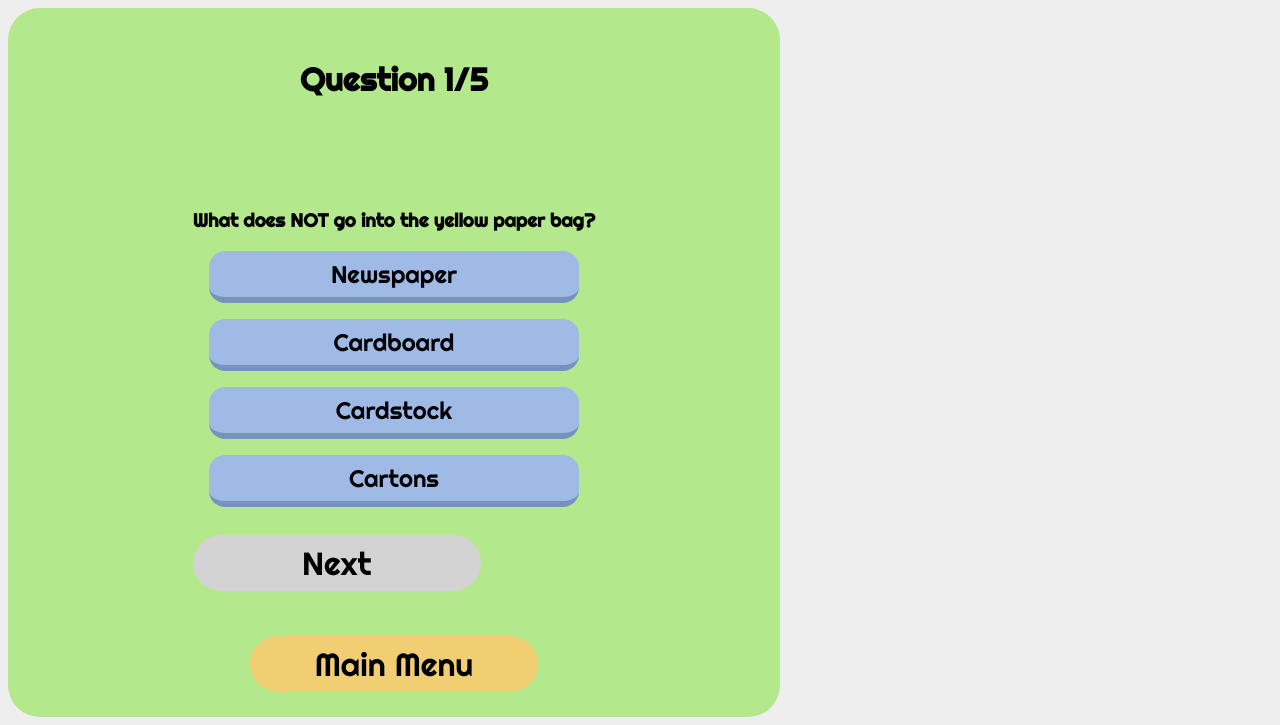
Repository: alemunden/Trash-Scavengers
Page: /quiz
The author's editor kept a copy of each file at every save. The page is drawn from the files as they stood at one save, then again after the next save.
The browser window is 1280 px wide. The pictures show the whole page.
The project was rebuilt for these pictures with package versions that can differ from the ones it lists, and the page was loaded fresh each time. The framework's server and built-in components were replaced by stand-ins that run in the browser. Also part of the build but not shown: next.config.mjs.

Above is the page before, as saved 2024-04-07 20:56:27.

### pages/quiz.js
import Link from 'next/link'
import styles from '@/styles/quiz.module.css'
import Button from '@/components/Button'
import { useState } from 'react'
import { quiz } from '@/data/data'

export default function Quiz() {

    const [activeQuestion, setActiveQuestion] = useState(0);
    const [selectedAnswer, setSelectedAnswer] = useState('');
    const [checked, setChecked] = useState(false);
    const [selectedAnswerIndex, setSelectedAnswerIndex] = useState(null);
    const [showResult, setShowResult] = useState(false);
    const [result, setResult] = useState({
        score: 0,
        correctAnswers: 0,
        wrongAnswers: 0
    });
    const {questions} = quiz;
    const {question, answers, correctAnswer} = questions[activeQuestion];

    // select and check answer
    const onAnswerSelected = (answer, idx) => {
        setChecked(true)
        setSelectedAnswerIndex(idx)
        if (answer === correctAnswer) {
            setSelectedAnswer(true)
            console.log('true')
        } else {
            setSelectedAnswer(false)
            console.log('false')
        }
    };

    // calculate score and increment to next question
    const nextQuestion = () => {
        setSelectedAnswerIndex(null)
        setResult((prev) =>
        selectedAnswer ?
        {
            ...prev,
            score: prev.score + 5,
            correctAnswers: prev.correctAnswers + 1
        } : {
            ...prev,
            wrongAnswers: prev.wrongAnswers + 1
        }
    );
    if (activeQuestion !== questions.length - 1) {
        setActiveQuestion((prev) => prev + 1)
    } else {
        setActiveQuestion(0)
        setShowResult(true)
    }
    setChecked(false)
    };

    return(
        <div className={styles.container}>
            <link rel="preconnect" href="https://fonts.googleapis.com"/>
            <link rel="preconnect" href="https://fonts.gstatic.com" crossorigin/>
            <link href="https://fonts.googleapis.com/css2?family=Righteous&display=swap" rel="stylesheet"/>
            <div className={styles.questionHeaderContainer}>
                <h2 className={styles.questionHeader}>
                    Question {activeQuestion + 1}
                    <span>/{questions.length}</span>
                </h2>
            </div>
            <div className={styles.quizList}>
                {!showResult ? (<div className={styles.quizContainer}>
                    <h3 className={styles.question}>{questions[activeQuestion].question}</h3>
                    {answers.map((answer, idx) => (
                        <li
                        key={idx}
                        onClick={() => onAnswerSelected(answer, idx)}
                        className={selectedAnswerIndex === idx ? 'liSelected' : 'liHover'}>
                            <span>{answer}</span>
                        </li>
                    ))}
                    {checked ? (<button onClick={nextQuestion} className={styles.btn}>{activeQuestion === question.length - 1 ? 'Finish' : 'Next'}</button>) : (<button onClick={nextQuestion} disabled className={styles.btnDisabled}>{''}{activeQuestion === question.length - 1 ? 'Finish' : 'Next'}</button>)}
                </div>) : (
                <div className={styles.quizContainer}>
                    <h3>Results</h3>
                    <h3>Overall {(result.score /25) * 100}%</h3>
                    <p>Total questions: <span>{questions.length}</span></p>
                    <p>Total score: <span>{result.score}</span></p>
                    <p>Correct answers: <span>{result.correctAnswers}</span></p>
                    <p>Wrong answers: <span>{result.wrongAnswers}</span></p>
                    <button onClick={()=> window.location.reload()}>Restart</button>
                </div>
                )}
            </div>
            <Button buttonText={'Main Menu'} bgColor="#F2CE73"/>
        </div>
    )
}

### styles/globals.css
:root {
    --white: #eee;
    --black: #000;
    --light-green: #B4E88C;
    --light-blue: #9EBAE5;
    --light-gray: #EBEBEB;
}

html, body {
    overflow-x: hidden;
    background-color: var(--white);
  }

main {
    padding: 1rem;
  }

li {
    list-style-type: none;
    cursor: pointer;
    margin: 1rem;
    padding: 0.5rem;
    color: #000105;
    background-color: var(--light-blue);
    border-radius: 1rem;
    border-bottom: 6px solid #7893bb;
    font-family: "Righteous", sans-serif;
    text-align: center;
    font-size: 1.5rem;
  }

.liHover:hover {
    background-color: #7893bb;
    columns: #fff;
}

.liSelected {
    color: #fff;
    background-color: #000925;
}

### styles/quiz.module.css
.questionHeaderContainer {
    display: flex;
    justify-content: center;
}

.questionHeader {
    font-family: "Righteous", sans-serif;
    font-size: 2rem;
}

.question {
    font-family: "Righteous", sans-serif;
    text-align: center;

}

.li {
    list-style-type: none;
    cursor: pointer;
    margin: 9px 0;
    padding: 16px 8px;
    color: #000105;
    background-color: var(--light-blue);
  }

.liHover:hover {
    background-color: #d8d8d8;
    columns: #fff;
}

.liSelected {
    color: #fff;
    background-color: #000925;
}

.container {
    max-width: 740px;
    margin: 1.4;
    padding: 1rem;
    background-color: var(--light-green);
    border-radius: 2rem;
    height: 94vh;
    display: flex;
    flex-direction: column;
    justify-content: space-around;
    align-items: center;
}

.quizList {
    display: flex;
    flex-direction: column;
    justify-content: space-around;
}

.quizContainer {
    padding: 1rem;
    margin-top: 2rem;
    border-radius: 4px;
}

.container p {
    padding: 8px 0;
}

.btn {
    padding: 0.5rem;
    border-radius: 2rem;
    width: 100%;
    margin-top: 12px;
    font-size: 2rem;
    color: var(--black);
    font-family: "Righteous", sans-serif;
    border: 0;
    background-color: var(--light-blue);
}

.btnDisabled {
    background-color: lightgray;
    padding: 0.5rem;
    border-radius: 2rem;
    width: 18rem;
    margin-top: 12px;
    font-size: 2rem;
    color: var(--black);
    font-family: "Righteous", sans-serif;
    border: 0;
}

### components/Button/index.js
import styles from './Button.module.css'

export default function Button({buttonText, bgColor, borderColor}) {
    return(
        <>
            <button className={styles.button} style={{backgroundColor: bgColor, borderBottom: borderColor}}>
                {buttonText}
            </button>
        </>
    )
}

### data/data.js
export const quiz = {
    totalQuestions: 5,
    questions: [
        {
            id: 1,
            question: 'What does NOT go into the yellow paper bag?',
            answers: ['Newspaper', 'Cardboard', 'Cardstock', 'Cartons'],
            correctAnswer: 'Cartons'
        },
        {
            id: 2,
            question: 'Is foam packaging only able to be recycled at a depot?',
            answers: ['Yes', 'No'],
            correctAnswer: 'No'
        },
        {
            id: 3,
            question: 'What percentage of collected material is managed by recycling?',
            answers: ['50%', '80%', '60%', '90%'],
            correctAnswer: '90%'
        },
        {
            id: 4,
            question: 'What item goes into the blue recycling bin?',
            answers: ['Disposable hangers', 'Glass bottles', 'Plastic lids', 'Foam food containers'],
            correctAnswer: 'Plastic lids'
        },
        {
            id: 5,
            question: 'Are glass bottles able to be taken to a depot?',
            answers: ['Yes', 'No'],
            correctAnswer: 'No'
        }
    ]
}

### components/Button/Button.module.css
.button {
    padding: 0.5rem;
    border-radius: 2rem;
    width: 18rem;
    margin-top: 12px;
    font-size: 2rem;
    color: var(--black);
    font-family: "Righteous", sans-serif;
    border: 0;
}

Loaded but not shown: pages/_app.js (common file); pages/_document.js (common file)

After the next save:
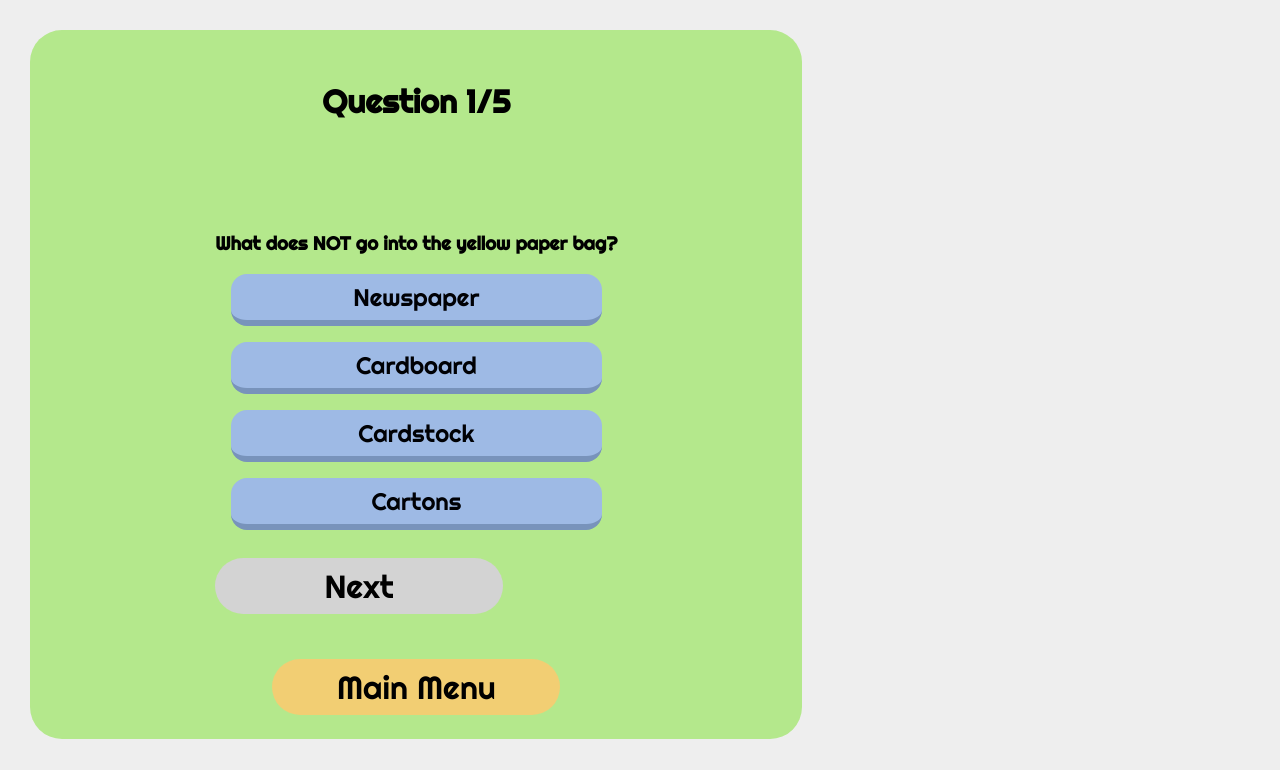
Saved 4 s later.
--- a/styles/quiz.module.css
+++ b/styles/quiz.module.css
@@ -35,7 +35,7 @@
 
 .container {
     max-width: 740px;
-    margin: 1.4;
+    margin: 1.4rem;
     padding: 1rem;
     background-color: var(--light-green);
     border-radius: 2rem;
